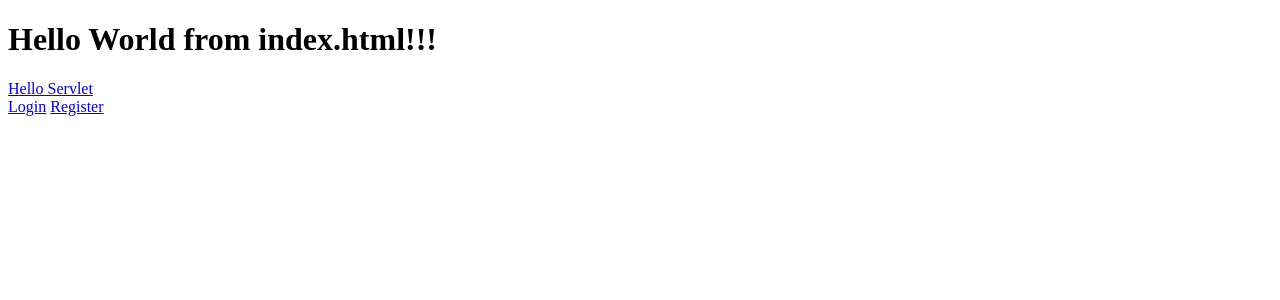
Repository: Deepali-Gobare/Advance_Java_Practice
Page: MyTestServlate/src/main/webapp/index.html
These files come from the project's save history. The page is drawn as it stood at one moment and after the next save; the edit follows.
The browser window is 1280 px wide. The pictures show the whole page.

Above is the page before, as saved 2024-11-20 12:43:51.

### MyTestServlate/src/main/webapp/index.html
<!DOCTYPE html>
<html>
<head>
<meta charset="ISO-8859-1">
<title>Insert title here</title>
</head>
<body>
  <h1>Hello World from index.html!!!</h1>
  <a href="helloworld">Hello Servlet</a><br>
   <a href="login.html">Login</a>
   <a href="registrationform.html">Register</a>
</body>
</html>

After the next save:
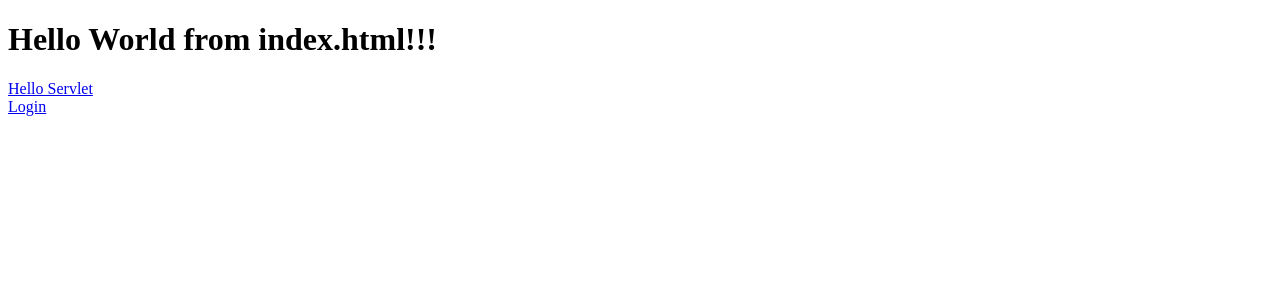
Saved 36 s later.
--- a/MyTestServlate/src/main/webapp/index.html
+++ b/MyTestServlate/src/main/webapp/index.html
@@ -8,6 +8,6 @@
   <h1>Hello World from index.html!!!</h1>
   <a href="helloworld">Hello Servlet</a><br>
    <a href="login.html">Login</a>
-   <a href="registrationform.html">Register</a>
+
 </body>
 </html>
